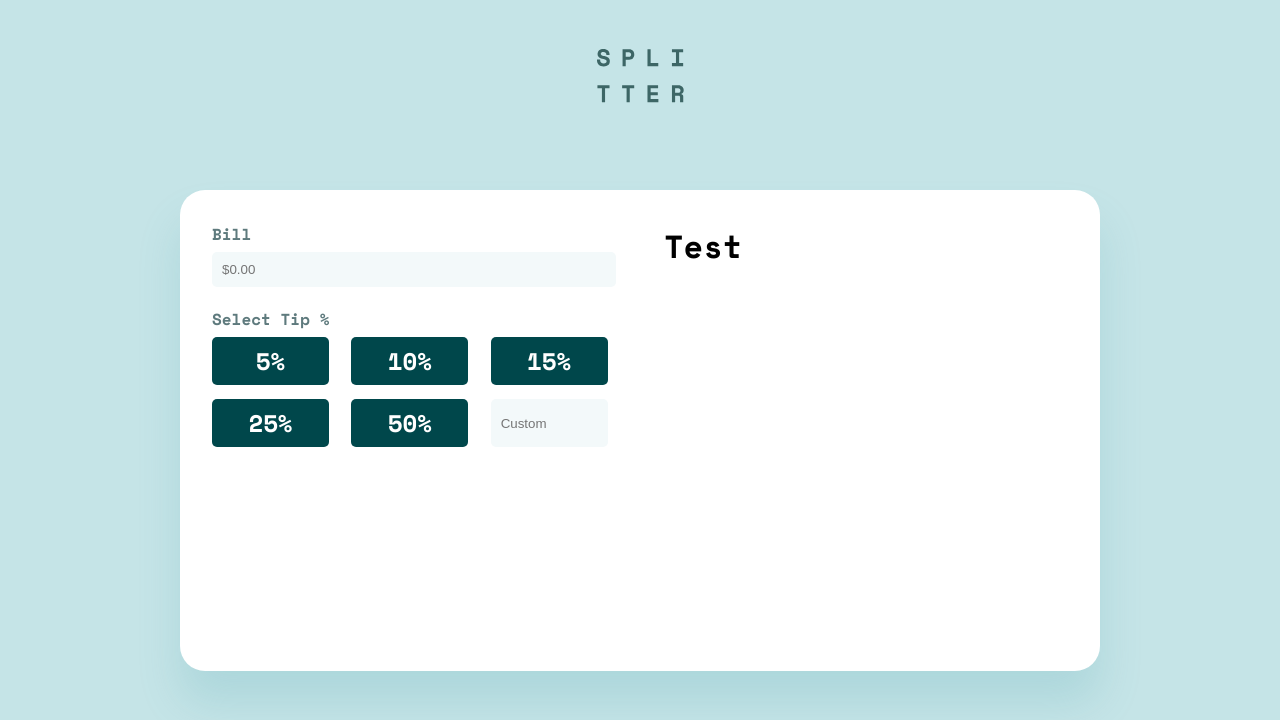
Repository: brandontaylor1/splitter
Page: index.html
An editor plug-in stored every save of this project. The page is shown before and after a run of saves, followed by the edit.
The browser window is 1280 px wide. The pictures show the whole page.

Above is the page before, as saved 2025-02-06 16:45:08.

### index.html
<!DOCTYPE html>
<html lang="en">
<head>
    <meta charset="UTF-8">
    <meta name="viewport" content="width=device-width, initial-scale=1.0">
    <link rel="preconnect" href="https://fonts.googleapis.com">
    <link rel="preconnect" href="https://fonts.gstatic.com" crossorigin>
    <link href="https://fonts.googleapis.com/css2?family=Space+Mono:ital,wght@0,400;0,700;1,400;1,700&display=swap" rel="stylesheet">
    <link rel="stylesheet" href="styles.css">
    <title>Splitter | Tip Calculator</title>
</head>
<body>
    <img src="./assets/images/logo.svg" id="logo-image" alt="logo image">
    <main class="container">
        <div class="left-column">
            <div class="bill-input">
                <h2>Bill</h2>
                <input type="text" id="bill-input" placeholder="$0.00">
            </div>
            <div class="tip-input">
                <h2 id="select-tip-title">Select Tip %</h2>
                    <div class="tip-buttons">
                        <button class="tip-button">5%</button>
                        <button class="tip-button">10%</button>
                        <button class="tip-button">15%</button>
                        <button class="tip-button">25%</button>
                        <button class="tip-button">50%</button>
                        <input type="text" id="custom-tip" placeholder="Custom">
                    </div>
                </div>
            </div>
        <div class="right-column">
            <h1>Test</h1>
        </div>
    </main>
</body>
</html>

### styles.css
* {
    box-sizing: border-box;
    margin: 0;
    padding: 0;
}

:root {
    --background-color: #C5E4E7;
    --input-button-color: #00474B;
    --primary-white: #fff;
    --calculated-numbers-color: #26C2AE;
    --input-title-color: #5E7A7D;
    --input-background-color: #F3F9FA;
    --input-icon-color: #9EBBBD;
    --title-text-color: #3D6666;
    --custom-input-color: #547878;
}

/* UTILITY CLASSES */
.space-mono-regular {
    font-family: "Space Mono", serif;
    font-weight: 400;
    font-style: normal;
  }

  .space-mono-bold {
    font-family: "Space Mono", serif;
    font-weight: 700;
    font-style: normal;
  }

  .space-mono-regular-italic {
    font-family: "Space Mono", serif;
    font-weight: 400;
    font-style: italic;
  }

  .space-mono-bold-italic {
    font-family: "Space Mono", serif;
    font-weight: 700;
    font-style: italic;
  }


body {
    background-color: #C5E4E7;
    height: 100vh;
    width: 100%;
    display: flex;
    flex-direction: column;
    justify-content: center;
    align-items: center;
    font-family: "Space Mono", monospace;
}

#logo-image {
    margin-bottom: 87px;
}

.container {
    background-color: var(--primary-white);
    width: 920px;
    height: 481px;
    border-radius: 25px;
    box-shadow: 0px 32px 43px 0px rgba(79, 166, 175, 0.20);
    display: grid;
    gap: 48px;
    grid-template-columns: 1fr 1fr;
    padding: 32px;
}

.left-column {
    grid-column: 1 / 2;
    width: 100%;
    height: 100%;
}

.right-column {
    grid-column: 2 / 3;
    width: 100%;
    height: 100%;
    border-radius: 15px;
    background-color: var(--input-text-color);
}

input {
    width: 100%;
    padding: 10px;
    display: flex;
    flex-direction: row;
    justify-content: space-between;
    background-color: var(--input-background-color);
    border: none;
    border-radius: 5px;
    margin-bottom: 20px;
}


.bill-input h2 {
    font-size: 16px;
    color: var(--input-title-color);
    margin-bottom: 6px;
}

.tip-buttons {
    display: grid;
    grid-template-columns: repeat(3, 1fr);
    gap: 14px;
}

#select-tip-title {
    color: #5E7A7D;
    font-size: 16px;
    margin-bottom: 6px;
}

.tip-button {
    width: 117px;
    height: 48px;
    flex-shrink: 0;
    border: none;
    border-radius: 5px;
    background-color: #00474B;
    color: var(--primary-white);
    font-family: "Space Mono", monospace;
    font-size: 24px;
    font-weight: 600;


}

#custom-tip {
    width: 117px;
    height: 48px;

}

After the next 2 saves:
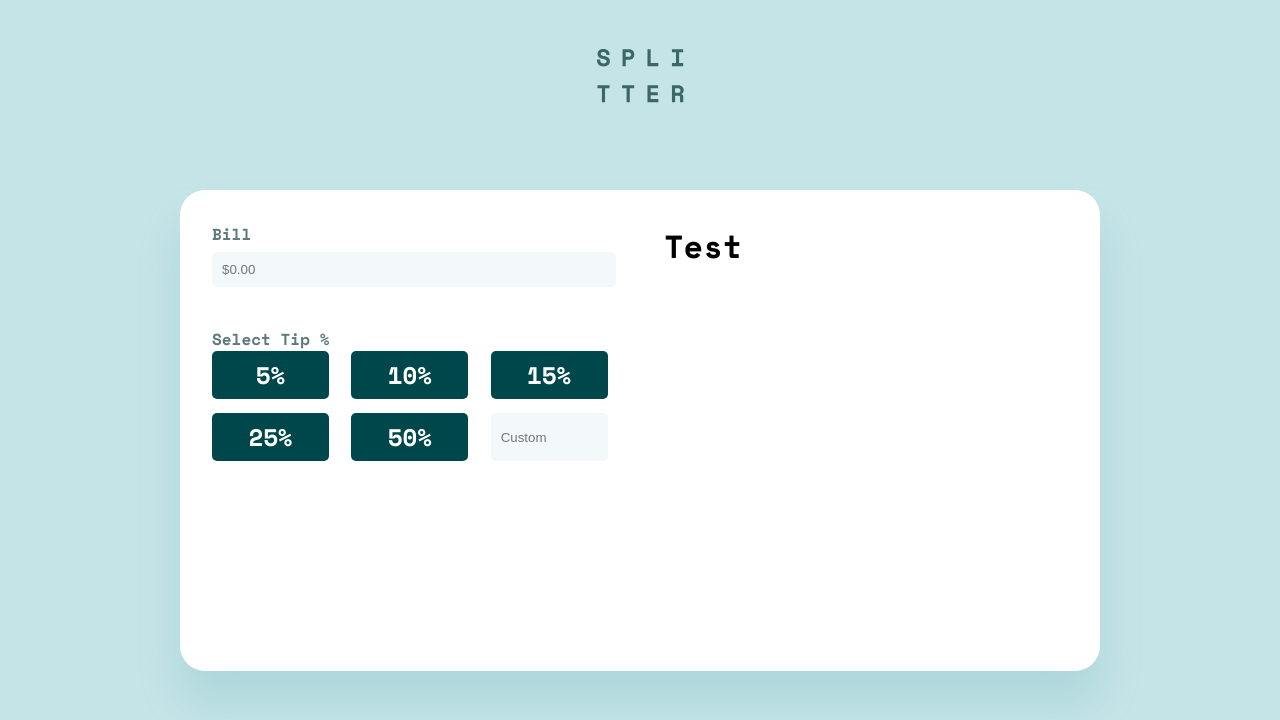
The 2 saves are shown as one change because they came seconds apart.
The last was saved 20 s later.
--- a/styles.css
+++ b/styles.css
@@ -111,7 +111,7 @@ input {
 #select-tip-title {
     color: #5E7A7D;
     font-size: 16px;
-    margin-bottom: 6px;
+    margin-top: 40px;
 }
 
 .tip-button {
